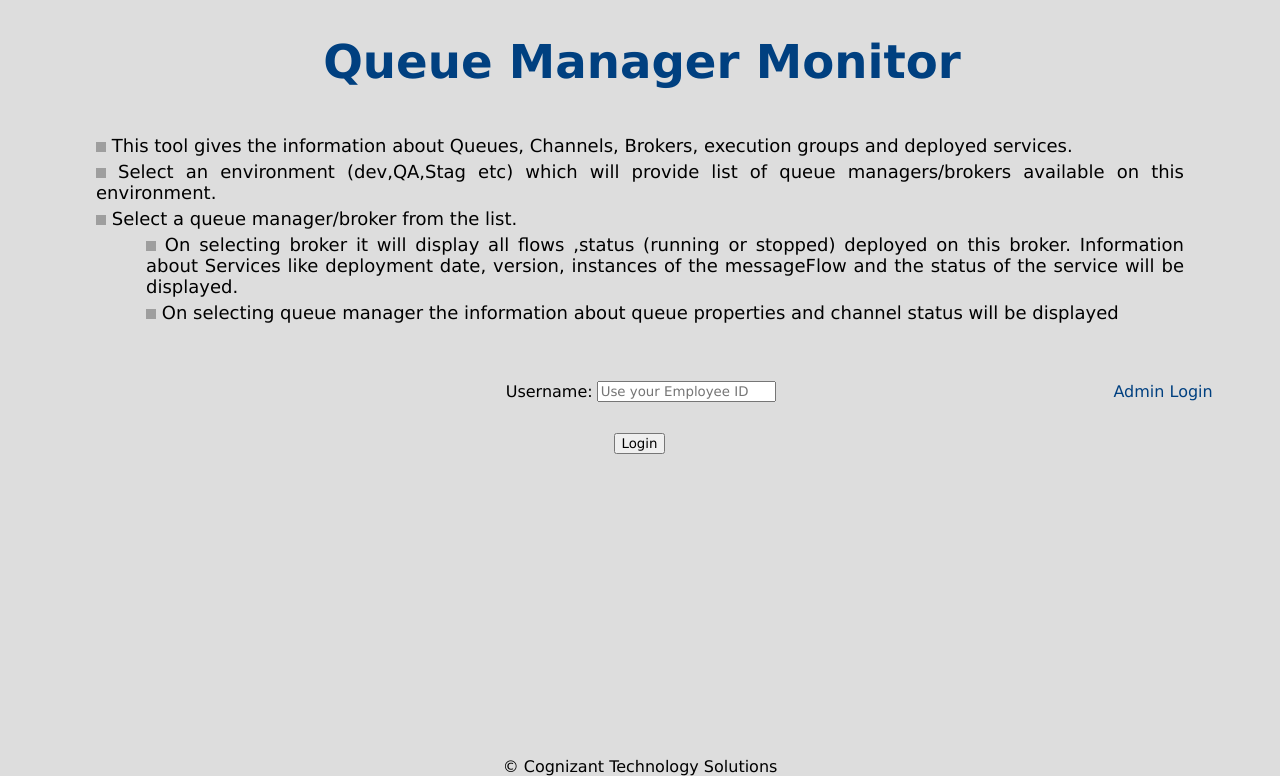
Repository: aarjavshah/ArjavProjects
Page: http://localhost/QmMonitor/
An editor plug-in stored every save of this project. The page is shown before and after the next save, followed by the edit.
The browser window is 1280 px wide. The pictures show the whole page.
Pictures or frames that could not be fetched are drawn as grey boxes. The page is served by Tomcat 9. Other server files are loaded and not shown.

Above is the page before, as saved 2016-11-28 15:15:03.

### Java/ToolOct27ABN_Temp/QmMonitor/WebContent/Login.jsp
<%@ page language="java" contentType="text/html; charset=ISO-8859-1"
    pageEncoding="ISO-8859-1"%>
<!DOCTYPE html PUBLIC "-//W3C//DTD HTML 4.01 Transitional//EN" "http://www.w3.org/TR/html4/loose.dtd">
<html>
<head>
<meta http-equiv="Content-Type" content="text/html; charset=ISO-8859-1">
<title>ESB Queue-Manager Monitor Login</title>
</head>
<script type="text/javascript">
function GetPassword() {
	password.style.visibility = 'visible';
	adminLink.style.visibility = 'hidden';
}
function  RemovePassword() {
	password.style.visibility = 'hidden';
	adminLink.style.visibility = 'visible';
}
function ValidateLogin(){
	var userName=document.getElementById("username").value;
	var flag=0;
	if(userName.length==0)
	{	document.getElementById("span_broker").innerHTML="Enter UserName";
		flag=1;
	}else{
		document.getElementById("span_broker").innerHTML="";
	}
	if(flag==0)
	{
	return true;
	}
else
	{
	return false;
	}
	}
</script>
 <STYLE type="text/css" media="screen">
    td{width:300px;}
    #dont{width:93px;}
    #button{width:53px;}
 </STYLE>
<link rel="stylesheet" type="text/css" href="<%=request.getContextPath() %>/collapse.css" media="screen">
<body>
<%if(session.getAttribute("username")!=null){
	if((Boolean)session.getAttribute("isAdmin")){
		response.sendRedirect("AdminServices.jsp");
	}else{
		response.sendRedirect("Home.jsp");
	}
}	%>
<div id="header">Queue Manager Monitor</div>
<div id="desc">
<p>
	<div id="textbox"><img src="Bullet.png" height="10px" width="10px">
	This tool gives the information about Queues, Channels, Brokers, execution groups and deployed services.</div><div id="textbox"><img src="Bullet.png"  height="10px" width="10px">
	Select an environment (dev,QA,Stag etc) which will provide list of queue managers/brokers available on this environment.</div><div id="textbox"><img src="Bullet.png"  height="10px" width="10px">
	Select a queue manager/broker from the list. </div><div id="textbox2">     <img src="Bullet.png"  height="10px" width="10px">
	On selecting broker it will display all flows ,status (running or stopped) deployed on this broker.
	Information about Services like deployment date, version, instances of the messageFlow and the status of the service will be displayed.
	</div><div id="textbox2"><img src="Bullet.png"  height="10px" width="10px">
	On selecting queue manager the information about queue properties and channel status will be displayed
	</div>
</p>
</div>
<form action="Login" method="post" onsubmit="return ValidateLogin()">
<div id="err">
<%if(session.getAttribute("AdminLoginFail")!=null){
if((Boolean)session.getAttribute("AdminLoginFail")){
	out.print("<font color=red>Admin Login Failed</font>");
	session.removeAttribute("AdminLoginFail");
}}
%></div>

<table id="adminbroker">
<tr id="user">
	<td id="dont" align="right">Username:</td>
	<td><input type="text" name="username" id="username" placeholder="Use your Employee ID"></td>
	<td><font color=red><span id="span_broker"></span></font></td><td> </td>
	<td id="adminLink" onclick="GetPassword()"><a href="#">Admin Login</a></td>
</tr>
<tr id="password" style="visibility:hidden;">
	<td id="dont" align="right">Password:</td>
	<td><input type="password" name="password" ></td><td> </td><td> </td>
	<td id="userLink" onclick="RemovePassword()"><a href="#">User Login</a></td>
</tr>
</table>
<table align="center">
<tr>
<td id="button"><input type="submit" name ="login" value="Login"></td>
</tr>
</table>
</form>
<div id="footerCpy">© Cognizant Technology Solutions</div>
</body>
</html>

### Java/ToolOct27ABN_Temp/QmMonitor/WebContent/collapse.css
/* Just some base styles not needed for example to function */
*, html { font-family: Verdana, Arial, Helvetica, sans-serif; }

body, form, ul, li, p, h1, h2, h4, h5
{
	margin: 0;
	padding: 0;
}
a{
	 text-decoration: none;
	 color : #004080;
	 cursor:pointer;
}
td.drop{
	width:550px;
}
td.res{
	width:200px;
}
td.res1{
	padding-top: 10px;
}
html { font-size: 100%; /* IE hack */ }
body { font-size: 1em; /* Sets base font size to 16px */ background-color: #DDDDDD; }
table { font-size: 100%; /* IE hack */ }
/* CSS Tree menu styles */
ol.tree
{
	padding: 0 0 0 30px;
}
ol.tree1{
	padding: 10px 0 0 30px;
	margin : 0;
}
	li
	{
		position: relative;
		margin-left: -15px;
		list-style: none;
	}
	li.file
	{
		margin-left: -10px !important;
	}
		li.file a
		{
			background: 0 0 no-repeat;
			padding-left: 32px;
			text-decoration: none;
			cursor: text;
		}
		li.file a.admin
		{
			background: 0 0 no-repeat;
			padding-left: 32px;
			text-decoration: none;
			cursor: pointer;
		}
	li input
	{
		position: absolute;
		left: 0;
		margin-left: 0;
		opacity: 0;
		z-index: 2;
		cursor: pointer;
		height: 1em;
		width: 1em;
		top: 0;
	}
		li input + ol
		{
			background: url('plus.gif') 40px 0 no-repeat;
			margin: -0.938em 0 0 -44px; /* 15px */
			height: 1em;
		}
		li input + ol > li { display: none; margin-left: -14px !important; padding-left: 1px; }
	li label
	{
		/*background: url(plusSignGreen.png) 15px 1px no-repeat;*/
		cursor: pointer;
		display: block;
		padding-left: 37px;
	}

	li input:checked + ol
	{
		background: url('minus.gif') 40px 0 no-repeat;
		margin: -1.25em 0 0 -44px; /* 20px */
		padding: 1.563em 0 0 80px;
		height: auto;
	}
		li input:checked + ol > li { display: block; margin: 5px 0 5px;  /* 2px */}
		li input:checked + ol > li:last-child { margin: 3px 0 3px; /* 1px */ }

#container{
	overflow-x: hidden;
}
#cntIO{
	padding-top: 10 px;
}
#left{

	width:100%;
	float : left;
	padding : 50 px;
	/*margin: 200px 0 0 0;*/

}
#right{
	width : 100%;
	padding : 50 px;
	float:left;
	padding-left: 50px;
	padding-top: 30px;
}
#right1{
	width : 100%;
	padding-top: 80px;
    margin-top: 100px;
    margin-bottom: 100px;
}
#right2{
	width : 100%;
	margin-left:50px;
    margin-top: 100px;
    margin-bottom: 100px;
}
#textbox{
	margin-top: 5px;
	margin-bottom: 5px;
}
#textbox1{
	margin-top: 5px;
	margin-bottom: 5px;
    display: none;
}
#textbox2{
	margin-top: 5px;
	margin-bottom: 5px;
	margin-left: 50px;
	}
#header{
	padding : 5px;
	margin-top : 30px;
	padding-left:130px;
	width : 80%;
	text-align: center;
	font-size: 35pt;
	font-weight: bolder;
	color : #004080;
	height: 90px;
}
#logout{
	width:17%;
	text-align: center;
	float: right;
	font-size: 18px;
}
#brokerInfo{
	width:35%;
	text-align: right;
	float: right;
}
#formTable{
	width:100%;
	  padding-top: 16px;
	  padding-left: 10px;
}
#formTable1{
	  padding-top: 16px;
	  padding-left: 10px;
	  margin-left:
}
h1{
	padding-left : 10px;
	color : #004080;
}
#centeredText{
	text-align: center;
	padding-bottom: 10px;
}
#ErrS{
	    position: absolute;
    top: 50%;
    left: 50%;
    width: 400px;
    height: 300px;
    margin-top: -150px;
    margin-left: -200px;
}
#ErrS2{
	    position: absolute;
    top: 50%;
    left: 50%;
    width: 400px;
    height: 300px;
    margin-top: -90px;
    margin-left: -200px;
}
#ErrS1{
	    position: absolute;
    top: 50%;
    left: 50%;
    margin-top: -50px;
    margin-left: -150px;
}
#outer{
	width:100%;
}
#adminbroker{
	padding-left: 500px;
}
#adminbroker1{
	padding-left: 200px;
}
#edit{
	position: absolute;
		opacity:100;
		height: 2em;
		width: 5em;
}
#lastmod{
	font-size: 10pt;
	float: right;
	width:29%;
}
#err{
	text-align: center;
}
#desc{
	text-align:justify;
	margin-left:auto;
	margin-right:auto;
	width:85%;
	padding-bottom: 50px;
	font-size : 18px;
}
#instance{
	margin-left: 210px;
}
#instance1{
	margin-left: 210px;
	padding-top: 10px;
}
table,th,td{border:none}
.qDis{border:1px solid #ccc}
.qDis tr{border-bottom:1px solid #d0d0d0}
.qDis tr:nth-child(odd){background-color:#fff}
.qDis tr:nth-child(even){background-color:#f2f2f2}
.qDis td,.qDis th{padding:6px 8px;display:table-cell;text-align:left;vertical-align:top}
.qDis th:first-child,.qDis td:first-child{padding-left:16px}

#editablediv{
    width: 500px;
    height: 200px;
    border: 1.5px solid #888;
    padding: 5px;
    background-color : #FAFAFA;
    margin: 10px 10px 10px 10px;
}
#RFHheader{
    width: 500px;
    height: 50px;
    border: 1.5px solid #888;
    padding: 5px;
    background-color : #FAFAFA;
    margin: 10px 10px 10px 10px;
}
div.conf{
	padding-left: 52px;
	padding-top: 10px;
}
#formtextarea{
	margin-top: 10px;
}
div.scroll{
width: 500px;
    height: 200px;
    border: 1.5px solid #888;
    padding: 5px;
    background-color : #FAFAFA;
    margin: 10px 10px 10px 10px;
	max-height: 200px;
	overflow: auto;
}
#footerCpy{
	text-align:center;
	padding-top:300px;
}

After the next save:
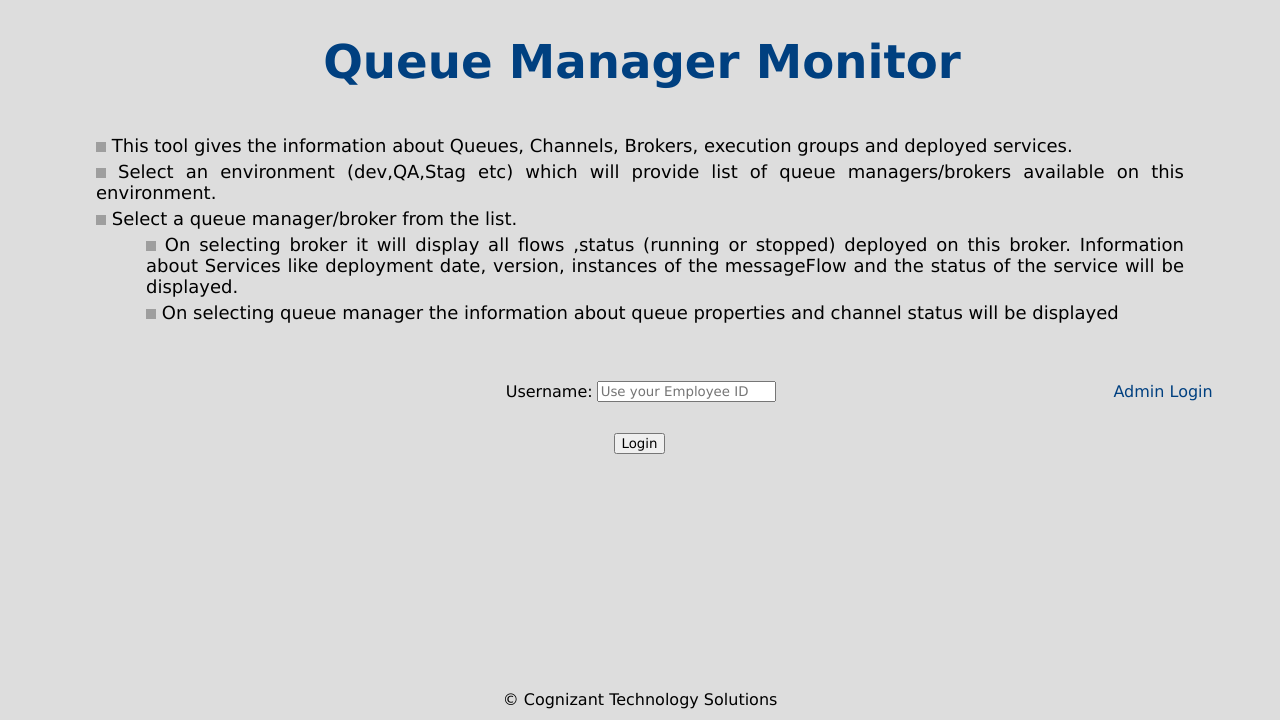
Saved 28 s later.
--- a/Java/ToolOct27ABN_Temp/QmMonitor/WebContent/collapse.css
+++ b/Java/ToolOct27ABN_Temp/QmMonitor/WebContent/collapse.css
@@ -286,5 +286,9 @@ width: 500px;
 }
 #footerCpy{
 	text-align:center;
-	padding-top:300px;
-}
+	position:fixed;
+   left:0px;
+   bottom:0px;
+   height:30px;
+   width:100%;
+}
